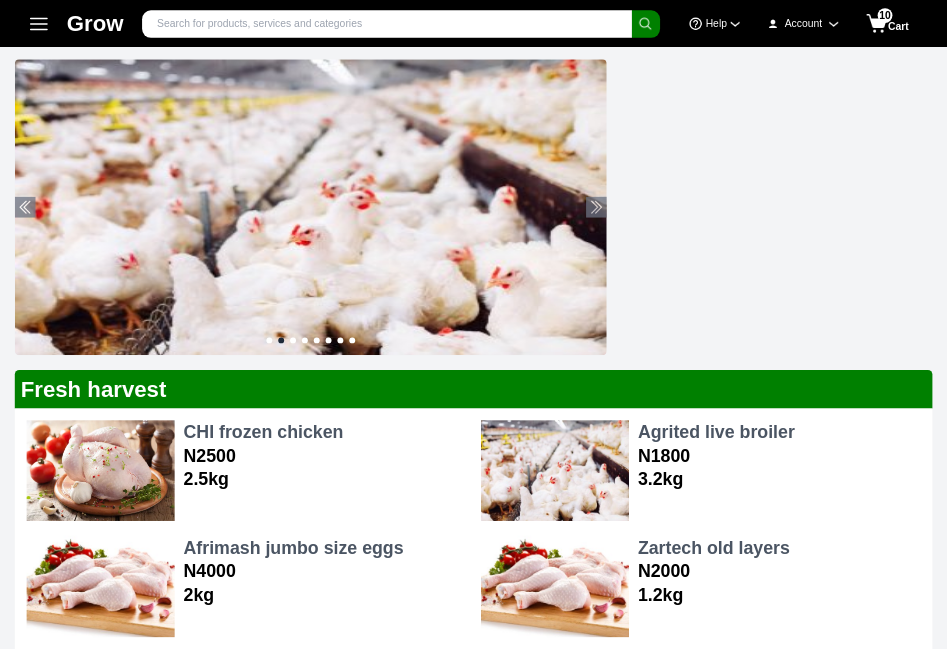
Repository: IssaMuiz/ifarmstock
Page: /
The author's editor kept a copy of each file at every save. The page is drawn from the files as they stood at one save, then again after the next save.
The browser window is 1280 px wide. The pictures show the whole page, at 74% of full size.
The project was rebuilt for these pictures with package versions that can differ from the ones it lists, and the page was loaded fresh each time. The framework's server and built-in components were replaced by stand-ins that run in the browser. Also part of the build but not shown: next.config.mjs.

Above is the page before, as saved 2024-08-31 02:09:51.

### app/layout.tsx
import "@/styles/globals.css";

export const metadata = {
  title: "Grow",
  description: "Livestock farming e-commerce application",
};

export default function RootLayout({
  children,
}: {
  children: React.ReactNode;
}) {
  return (
    <html lang="en">
      <body className="bg-gray-100 h-auto w-auto">
        <section>{children}</section>
      </body>
    </html>
  );
}

### app/page.tsx
"use client";
import ProductCardToday from "@/components/productcardToday";
import ProductSlider from "@/components/productSlider";
import ClientLayout from "@/components/clientLayout";

const Home = () => {
  return (
    <ClientLayout>
      <div className="pt-20 mx-5">
        <div>
          <ProductSlider />

          <div className="bgColor text w-full h-auto mt-5 text-3xl p-2 rounded-t-md font-semibold">
            Fresh harvest
          </div>
          <ProductCardToday />
        </div>
      </div>
    </ClientLayout>
  );
};

export default Home;

### styles/globals.css
@tailwind base;
@tailwind components;
@tailwind utilities;

.scrollbar {
  scrollbar-width: thin;
  scrollbar-color: gray #313131;
}

.bgColor {
  background-color: green;
}

.text {
  color: white;
}

body {
  font-family: Arial, Helvetica, sans-serif;
  font-size: 14px;
}

### components/productcardToday.tsx
import Image from "next/image";
import poultryProduct from "../models/poultryProduct.json";
const ProductCardToday = () => {
  return (
    <div className="bg-white h-auto p-4">
      <div className="grid grid-cols-2 gap-5">
        {poultryProduct.map((product, index) => (
          <div key={index} className="flex gap-3">
            <Image src={product.image} alt="poultry" width={200} height={200} />
            <div className="text-2xl font-semibold">
              <p className="text-gray-600">{product.name}</p>
              <p>N{product.Price}</p>
              <p>{product.weight}</p>
            </div>
          </div>
        ))}
      </div>
    </div>
  );
};

export default ProductCardToday;

### components/productSlider.tsx
"use client";
import Image from "next/image";
import { useEffect, useState } from "react";

const ProductSlider = () => {
  const images = [
    "/assets/images/poultry-image1-slider.jpg",
    "/assets/images/poultry-image2-slider.jpg",
    "/assets/images/poultry-image3-slider.jpg",
    "/assets/images/poultry-image4-slider.jpg",
    "/assets/images/poultry-image5-slider.jpg",
    "/assets/images/poultry-image6-slider.jpg",
    "/assets/images/poultry-image7-slider.jpg",
    "/assets/images/catfish-image1-slider.jpg",
  ];

  const [index, setIndex] = useState(0);

  const handleSliceNext = () => {
    setIndex((index + 1) % images.length);
  };
  const handleSlicePrev = () => {
    setIndex((index - 1) % images.length);
  };

  const handleIndicatorClick = (i: number) => {
    setIndex(i);
  };

  useEffect(() => {
    const intervalId = setInterval(() => {
      handleSliceNext();
    }, 5000);
    return () => clearInterval(intervalId);
  }, [index]);
  return (
    <div className="relative w-[800px] overflow-hidden">
      <div
        className="flex transition-transform duration-500 ease-in-out"
        style={{ transform: `translateX(-${index * 100}%)` }}
      >
        {images.map((image, i) => (
          <div key={i} className="min-w-full">
            <Image
              className="h-[400px] rounded-md"
              src={image}
              alt={`Slide ${i + 1}`}
              width={800}
              height={200}
            />
          </div>
        ))}
      </div>
      <button
        type="button"
        onClick={handleSlicePrev}
        className="absolute left-0 top-1/2 tranform -translate-y-1/2 bg-gray-500 text-white px-1 py-1 opacity-75 hover:opacity-100 transition-opacity"
      >
        <Image
          className=""
          src="/assets/icons/arrow-left.png"
          alt="arrow-right-icon"
          width={20}
          height={20}
        />
      </button>
      <button
        type="button"
        onClick={handleSliceNext}
        className="absolute right-0 top-1/2 tranform -translate-y-1/2 bg-gray-500 text-white px-1 py-1 opacity-75 hover:opacity-100 transition-opacity"
      >
        <Image
          className=""
          src="/assets/icons/right-arrow.png"
          alt="arrow-right-icon"
          width={20}
          height={20}
        />
      </button>
      <div className="absolute bottom-4 left-0 right-0 flex justify-center space-x-2">
        {images.map((_, i) => (
          <button
            key={i}
            onClick={() => handleIndicatorClick(i)}
            className={`w-2 h-2 rounded-full ${
              index === i ? "bg-gray-800" : "bg-white"
            }`}
          />
        ))}
      </div>
    </div>
  );
};

export default ProductSlider;

### components/clientLayout.tsx
"use client";
import Navbar from "@/components/navbar";
import Sidenav from "@/components/sidenav";
import { useState, createContext } from "react";

export const SidebarContext = createContext({
  isOpen: false,
  toggleSidebar: () => {},
});

const ClientLayout = ({ children }: { children: React.ReactNode }) => {
  const [isOpen, setIsOpen] = useState(false);

  const toggleSidebar = () => {
    setIsOpen((prev) => !prev);
  };
  return (
    <SidebarContext.Provider value={{ isOpen, toggleSidebar }}>
      <Navbar />
      <Sidenav />
      <div
        className={`fixed inset-0 bg-black transition-opacity duration-300 ease-in-out z-10 ${
          isOpen
            ? "opacity-70 pointer-events-auto"
            : "opacity-0 pointer-events-none"
        }`}
        onClick={toggleSidebar}
      ></div>
      <section
        className={`relative z-0 transition-all duration-300 ease-in-out `}
      >
        {children}
      </section>
    </SidebarContext.Provider>
  );
};

export default ClientLayout;

### models/poultryProduct.json
[
  {
    "image": "/assets/images/poultry-image1-slider.jpg",
    "name": "CHI frozen chicken",
    "Price": "2500",
    "weight": "2.5kg"
  },
  {
    "image": "/assets/images/poultry-image2-slider.jpg",
    "name": "Agrited live broiler",
    "Price": "1800",
    "weight": "3.2kg"
  },
  {
    "image": "/assets/images/poultry-image5-slider.jpg",
    "name": "Afrimash jumbo size eggs",
    "Price": "4000",
    "weight": "2kg"
  },
  {
    "image": "/assets/images/poultry-image5-slider.jpg",
    "name": "Zartech old layers",
    "Price": "2000",
    "weight": "1.2kg"
  }
]

### components/navbar.tsx
"use client";
import Image from "next/image";
import { useContext } from "react";
import { SidebarContext } from "./clientLayout";
const Navbar = () => {
  const { toggleSidebar } = useContext(SidebarContext);
  return (
    <nav className="fixed bg-black text w-full h-16 flex items-center justify-between top-0 left-0 right-0 px-10 z-10">
      <button onClick={toggleSidebar}>
        <svg
          className="fill-white hover:fill-[green] cursor-pointer"
          xmlns="http://www.w3.org/2000/svg"
          viewBox="0 0 50 50"
          width="25px"
          height="25px"
        >
          <path d="M 3 8 A 2.0002 2.0002 0 1 0 3 12 L 47 12 A 2.0002 2.0002 0 1 0 47 8 L 3 8 z M 3 23 A 2.0002 2.0002 0 1 0 3 27 L 47 27 A 2.0002 2.0002 0 1 0 47 23 L 3 23 z M 3 38 A 2.0002 2.0002 0 1 0 3 42 L 47 42 A 2.0002 2.0002 0 1 0 47 38 L 3 38 z" />
        </svg>
      </button>
      <div className="Leftnav text text-3xl font-semibold cursor-pointer ml-5">
        Grow
      </div>
      <div className="Middlenav flex flex-1 mx-5 max-w-[700px] items-center">
        <input
          className=" px-5 py-2 w-full rounded-l-xl text-black outline-none"
          type="text"
          placeholder="Search for products, services and categories"
        />
        <div className="h-[37px] w-10 bgColor pt-2 pl-2 rounded-r-xl cursor-pointer">
          <Image
            className=""
            src="/assets/icons/search.png"
            alt="search-icon"
            width={20}
            height={20}
          />
        </div>
      </div>
      <div className="Rightnav flex items-center justify-between gap-3">
        <div className="flex items-center gap-1 cursor-pointer rounded-md p-3 hover:bg-[green]">
          <Image
            src="/assets/icons/help.png"
            alt="help-icon"
            width={20}
            height={20}
          />
          <p className="">Help</p>
          <Image
            src="/assets/icons/arrow-down.png"
            alt="help-icon"
            width={15}
            height={15}
          />
        </div>
        <div className="flex items-center gap-2  cursor-pointer rounded-md p-3 hover:bg-[green]">
          <Image
            src="/assets/icons/account.png"
            alt="help-icon"
            width={15}
            height={15}
          />
          <p>Account</p>
          <Image
            src="/assets/icons/arrow-down.png"
            alt="help-icon"
            width={15}
            height={15}
          />
        </div>
        <div className="flex relative cursor-pointer p-3 hover:bg-[green] rounded-md">
          <Image
            src="/assets/icons/cart.png"
            alt="cart-icon"
            width={30}
            height={20}
          />
          <p className="bg-white h-5 w-5 rounded-full text-black absolute left-7 bottom-7 text-center font-semibold">
            10
          </p>
          <p className="font-semibold mt-2 ">Cart</p>
        </div>
      </div>
    </nav>
  );
};

export default Navbar;

### components/sidenav.tsx
"use client";
import Image from "next/image";
import Link from "next/link";
import { useState } from "react";
import { useContext } from "react";
import { SidebarContext } from "./clientLayout";
const Sidenav = () => {
  const [categories, setCategories] = useState([
    {
      id: "1",
      name: "Broiler",
      expanded: false,
      arrowIcon: "/assets/icons/arrow-icon--right.png",
      dropdownlink: [
        { name: "Day Old Chicks", link: "/" },
        { name: "Matured Broilers", link: "/" },
        { name: "Frozen Chicken", link: "/" },
      ],
    },
    {
      id: "2",
      name: "Layers",
      expanded: false,
      arrowIcon: "/assets/icons/arrow-icon--right.png",
      dropdownlink: [
        { name: "Pullet", link: "/" },
        { name: "Point Of Lay", link: "/" },
        { name: "Old Layers", link: "/" },
      ],
    },
    {
      id: "3",
      name: "Catfish",
      expanded: false,

      arrowIcon: "/assets/icons/arrow-icon--right.png",
      dropdownlink: [
        { name: "Fingerlings/Juvenile", link: "/" },
        { name: "Matured Catfish", link: "/" },
        { name: "Smoked Catfish", link: "/" },
      ],
    },
  ]);

  const handleDropdown = (id: string) => {
    setCategories((prev) =>
      prev.map((category) =>
        category.id === id
          ? { ...category, expanded: !category.expanded }
          : category
      )
    );
  };

  const { isOpen } = useContext(SidebarContext);
  return (
    <nav
      className={`fixed h-auto z-20 left-0 top-0 bottom-0 w-[300px] transform transition-transform duration-300  bg-gray-100 ${
        isOpen ? "translate-x-0" : "-translate-x-full"
      }`}
    >
      <div className="bgColor h-14 flex items-center text text-2xl pl-5 font-semibold gap-3">
        <Image
          src="/assets/icons/account.png"
          alt="profile-icon"
          height={25}
          width={25}
        />
        <p>Hello User</p>
      </div>
      <div className="overflow-scroll overflow-x-hidden scrollbar pb-5">
        {categories.map((category) => (
          <div onClick={() => handleDropdown(category.id)} key={category.id}>
            <div className="text-lg flex justify-between items-center font-semibold hover:bg-gray-300 mt-5 p-2 cursor-pointer">
              <div>{category.name}</div>

              <Image
                className={`${
                  category.expanded &&
                  "rotate-90 duration-300 transition-transform"
                } h-4 w-4`}
                src={category.arrowIcon}
                alt="arrow-icon"
                width={3}
                height={3}
              />
            </div>

            <div>
              {category.expanded && (
                <div>
                  {category.dropdownlink.map((dropdown, index) => (
                    <div className="hover:bg-gray-300" key={index}>
                      <Link href={dropdown.link}>
                        <div className="p-3 text-md ">{dropdown.name}</div>
                      </Link>
                    </div>
                  ))}
                </div>
              )}
            </div>
          </div>
        ))}
      </div>
    </nav>
  );
};

export default Sidenav;

Loaded but not shown: tailwind.config.ts (common file)

After the next save:
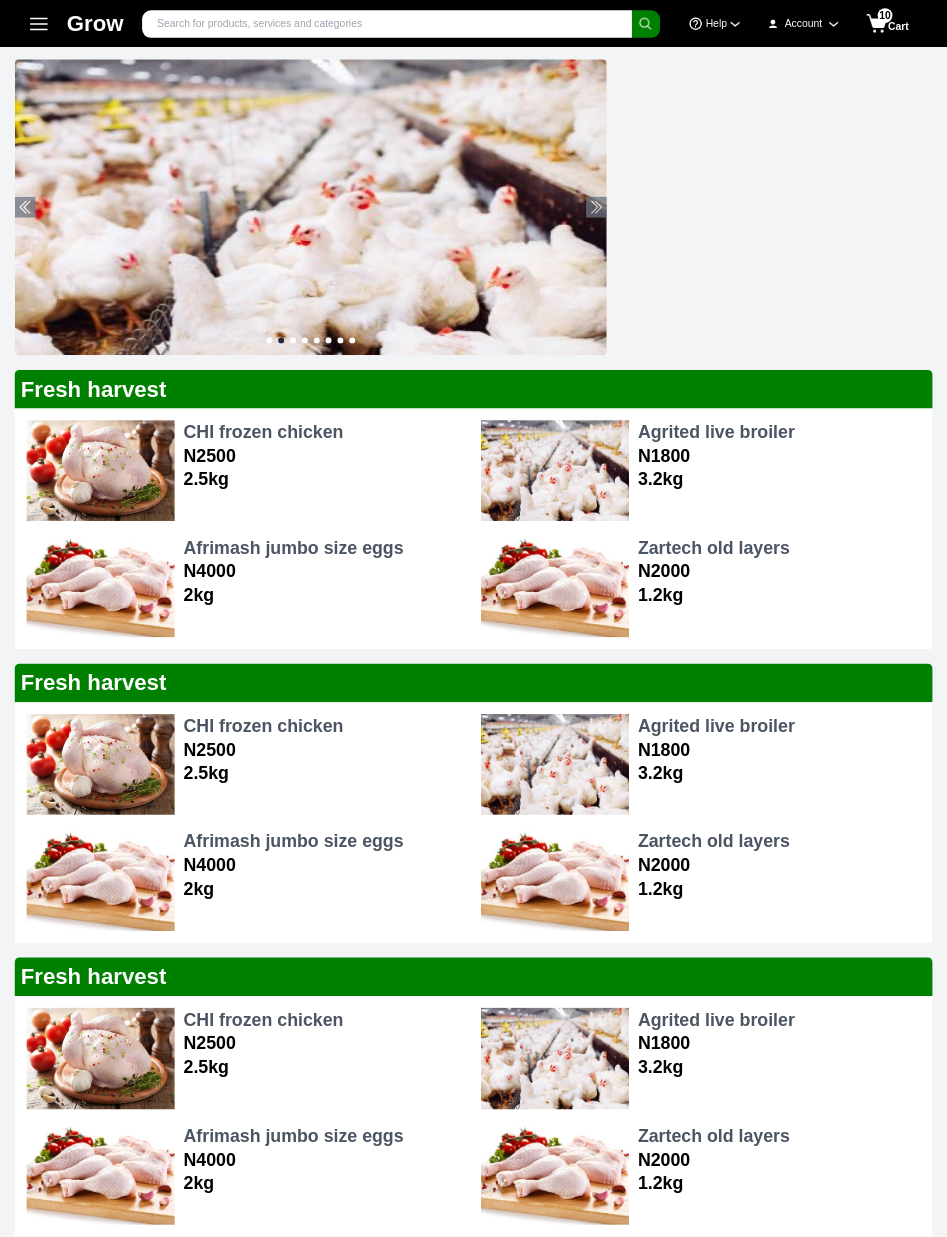
Saved 2 min 10 s later.
--- a/app/page.tsx
+++ b/app/page.tsx
@@ -14,6 +14,14 @@ const Home = () => {
             Fresh harvest
           </div>
           <ProductCardToday />
+          <div className="bgColor text w-full h-auto mt-5 text-3xl p-2 rounded-t-md font-semibold">
+            Fresh harvest
+          </div>
+          <ProductCardToday />
+          <div className="bgColor text w-full h-auto mt-5 text-3xl p-2 rounded-t-md font-semibold">
+            Fresh harvest
+          </div>
+          <ProductCardToday />
         </div>
       </div>
     </ClientLayout>
